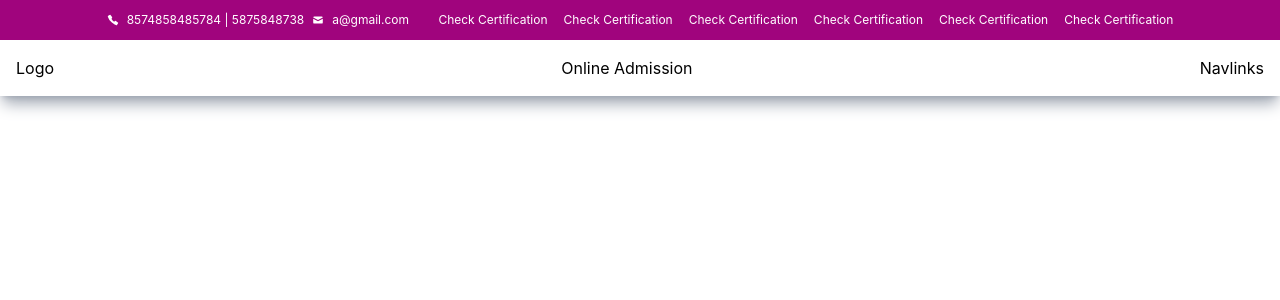
Repository: Sushant203/react-training-
Page: /
The author's editor kept a copy of each file at every save. The page is drawn from the files as they stood at one save, then again after the next save.
The browser window is 1280 px wide. The pictures show the whole page.
The project was rebuilt for these pictures with package versions that can differ from the ones it lists, and the page was loaded fresh each time. Also part of the build but not shown: src/App.css, src/components/LowerNav.jsx, src/components/UpperNav.jsx.

Above is the page before, as saved 2022-12-19 09:42:55.

### src/App.js

import './App.css';
import LowerNav from './components/LowerNav';
import UpperNav from './components/UpperNav';
import Layout from './Hoc/Layout/Layout'

function App() {
  return (
    <div>
     <Layout />
    </div>
  );
}

export default App;

### src/Hoc/Layout/Layout.jsx
import React from "react";
import Toolbar from "../../components/Naviagtion/Toolbar/index";

function Layout() {
  return (
    <div>
      {/* toolbar */}
      <Toolbar />
    </div>
  );
}

export default Layout;

### src/components/Naviagtion/Toolbar/index.jsx
import React from "react";
import Header from "./header";
import Secondary from "./Secondary";

function Index() {
  return (
    <div className="h-fit bg-mainColor w-screen shadow-lg shadow-gray-400 ">
      <Header />
      <Secondary />
    </div>
  );
}

export default Index;

### src/components/Naviagtion/Toolbar/header.jsx
import React from "react";
import { IoCallSharp } from "react-icons/io5";
import { HiMail } from "react-icons/hi";
function Header() {
  const NavLinks = [
    { title: "check certificate" },
    { title: "check certificate" },
    { title: "check certificate" },
    { title: "check certificate" },
    { title: "check certificate" },
    { title: "check certificate" },
  ];
  return (
    <div className="py-3  w-10/12 mx-auto flex items-center justify-between text-xs">
      {/* number and email */}
      <div className="flex gap-2  text-white">
        <div className="flex gap-2  items-center">
          <IoCallSharp />
          8574858485784 | 5875848738
        </div>
        <div className=" flex gap-2 items-center">
          <HiMail />
          a@gmail.com
        </div>
      </div>
      {/* navigation links */}
      <div className="text-white flex gap-4 text-xs ">
        {NavLinks.map((val, i) => {
          return (
            <div key={i} className="capitalize ">
              check certification
            </div>
          );
        })}
      </div>
    </div>
  );
}

export default Header;

### src/components/Naviagtion/Toolbar/Secondary.jsx
import React from "react";

function Secondary() {
  return (
    <div className="flex justify-between px-4 w-full py-4 bg-white">
      <div>Logo</div>
      <div>Online Admission</div>
      <div>Navlinks</div>
    </div>
  );
}

export default Secondary;

### tailwind.config.js
/** @type {import('tailwindcss').Config} */
module.exports = {
  content: [
    "./src/**/*.{js,jsx,ts,tsx}",
  ],
  theme: {
    extend: {
      colors:{
        mainColor:'#A0047D'
      }
    },
  },
  plugins: [],
}

Loaded but not shown: public/index.html (common file); src/index.js (common file); src/index.css (common file); src/reportWebVitals.js (common file)

After the next save:
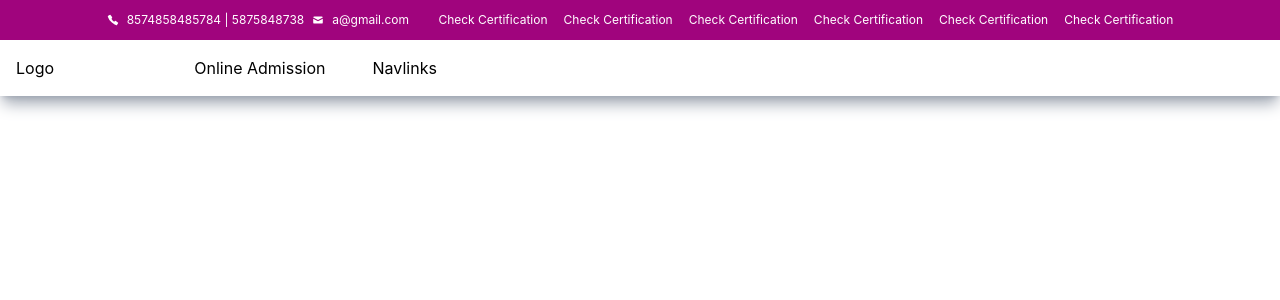
Saved 29 s later.
--- a/src/components/Naviagtion/Toolbar/Secondary.jsx
+++ b/src/components/Naviagtion/Toolbar/Secondary.jsx
@@ -2,7 +2,7 @@ import React from "react";
 
 function Secondary() {
   return (
-    <div className="flex justify-between px-4 w-full py-4 bg-white">
+    <div className="grid grid-cols-7 justify-between px-4 w-full py-4 bg-white">
       <div>Logo</div>
       <div>Online Admission</div>
       <div>Navlinks</div>
